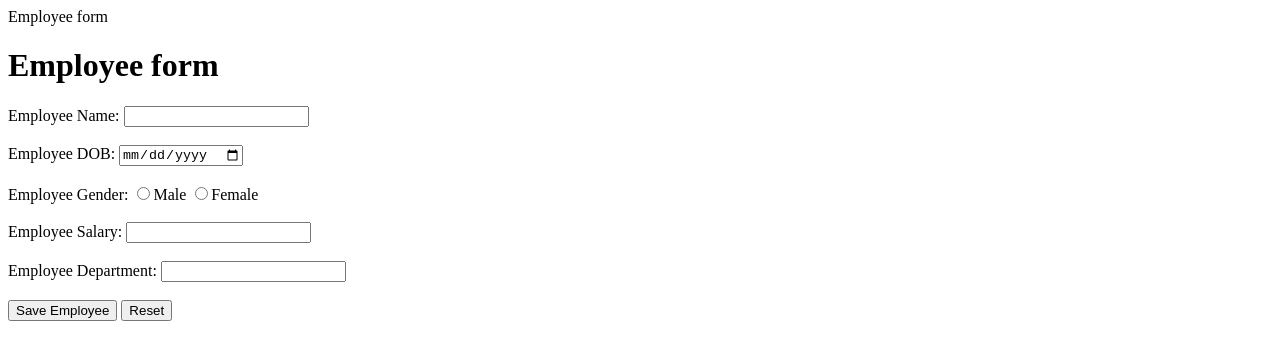
Repository: satwikadivi/Software-examples
Page: http://localhost/add-employee
These files come from the project's save history. The page is drawn as it stood at one moment and after the next save; the edit follows.
The browser window is 1280 px wide. The pictures show the whole page.
The page is this project's Thymeleaf template; nobody is signed in. The template is opened directly, without the code that normally fills it, so the values that code supplies are empty.

Above is the page before, as saved 2024-12-22 07:22:17.

### SpringBootMvcProject-2/src/main/resources/templates/add-employee.html
<html>
	<head>
		<titl>Employee form</titl>
	</head>
	<body>
		<h1>Employee form</h1>
		<form th:action="@{/saveemployee}" method="post">
			<label for="empName">Employee Name:</label>
			<input type="text" id="empName" name="empName" required><br><br>

			<label for="empDOB">Employee DOB:</label>
			<input type="date" id="empDOB" name="empDOB" required><br><br>

			<label for="gender">Employee Gender:</label>
			<input type="radio" id="gender" name="gender" required>Male
			<input type="radio" id="gender" name="gender" required>Female
			<br><br>

			<label for="empSalary">Employee Salary:</label>
			<input type="number" id="empSalary" name="empSalary" required><br><br>

			<label for="department">Employee Department:</label>
			<input type="text" id="department" name="department" required><br><br>

			<button type="submit">Save Employee</button>
			<button type="reset">Reset</button>

		</form>
	</body>
</html>

After the next save:
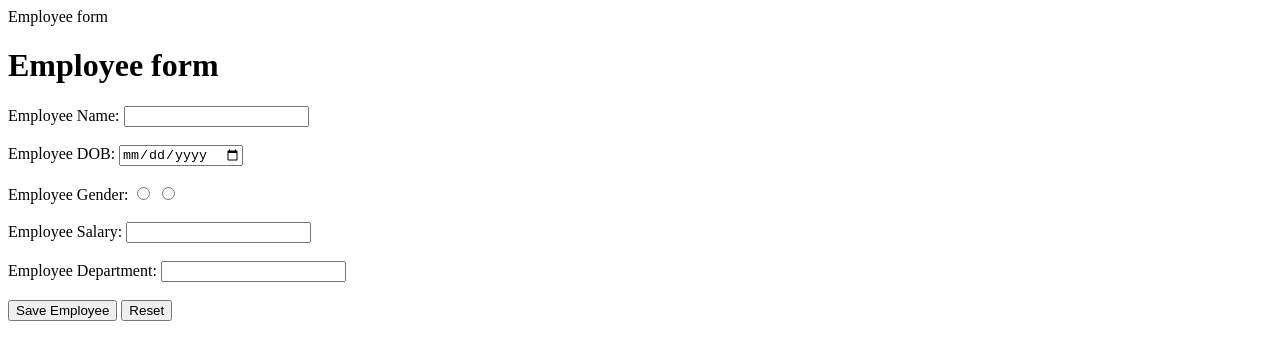
Saved 2 min 38 s later.
--- a/SpringBootMvcProject-2/src/main/resources/templates/add-employee.html
+++ b/SpringBootMvcProject-2/src/main/resources/templates/add-employee.html
@@ -12,8 +12,8 @@
 			<input type="date" id="empDOB" name="empDOB" required><br><br>
 
 			<label for="gender">Employee Gender:</label>
-			<input type="radio" id="gender" name="gender" required>Male
-			<input type="radio" id="gender" name="gender" required>Female
+			<input type="radio" id="gender" name="gender" value="Male" required>
+			<input type="radio" id="gender" name="gender" value="Female"required>
 			<br><br>
 
 			<label for="empSalary">Employee Salary:</label>

After the save that followed:
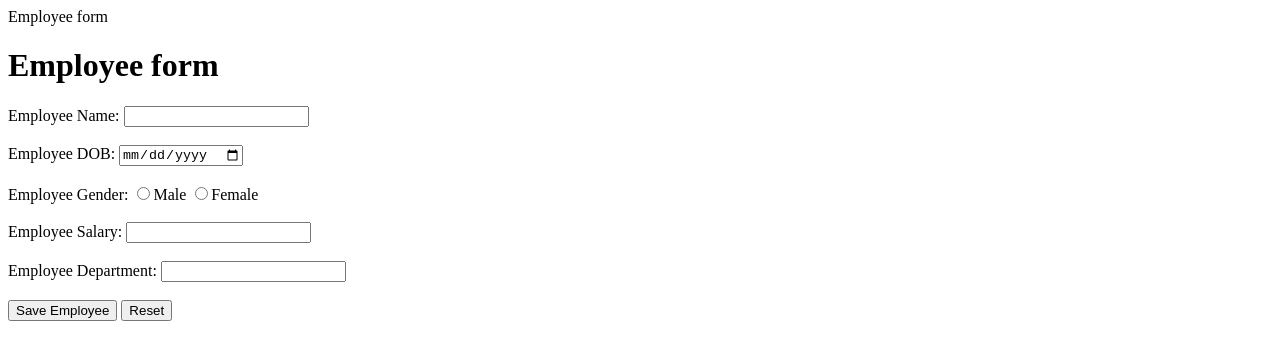
Saved 61 s later.
--- a/SpringBootMvcProject-2/src/main/resources/templates/add-employee.html
+++ b/SpringBootMvcProject-2/src/main/resources/templates/add-employee.html
@@ -12,8 +12,8 @@
 			<input type="date" id="empDOB" name="empDOB" required><br><br>
 
 			<label for="gender">Employee Gender:</label>
-			<input type="radio" id="gender" name="gender" value="Male" required>
-			<input type="radio" id="gender" name="gender" value="Female"required>
+			<input type="radio" id="gender" name="gender" value="Male" required>Male
+			<input type="radio" id="gender" name="gender" value="Female"required>Female
 			<br><br>
 
 			<label for="empSalary">Employee Salary:</label>
